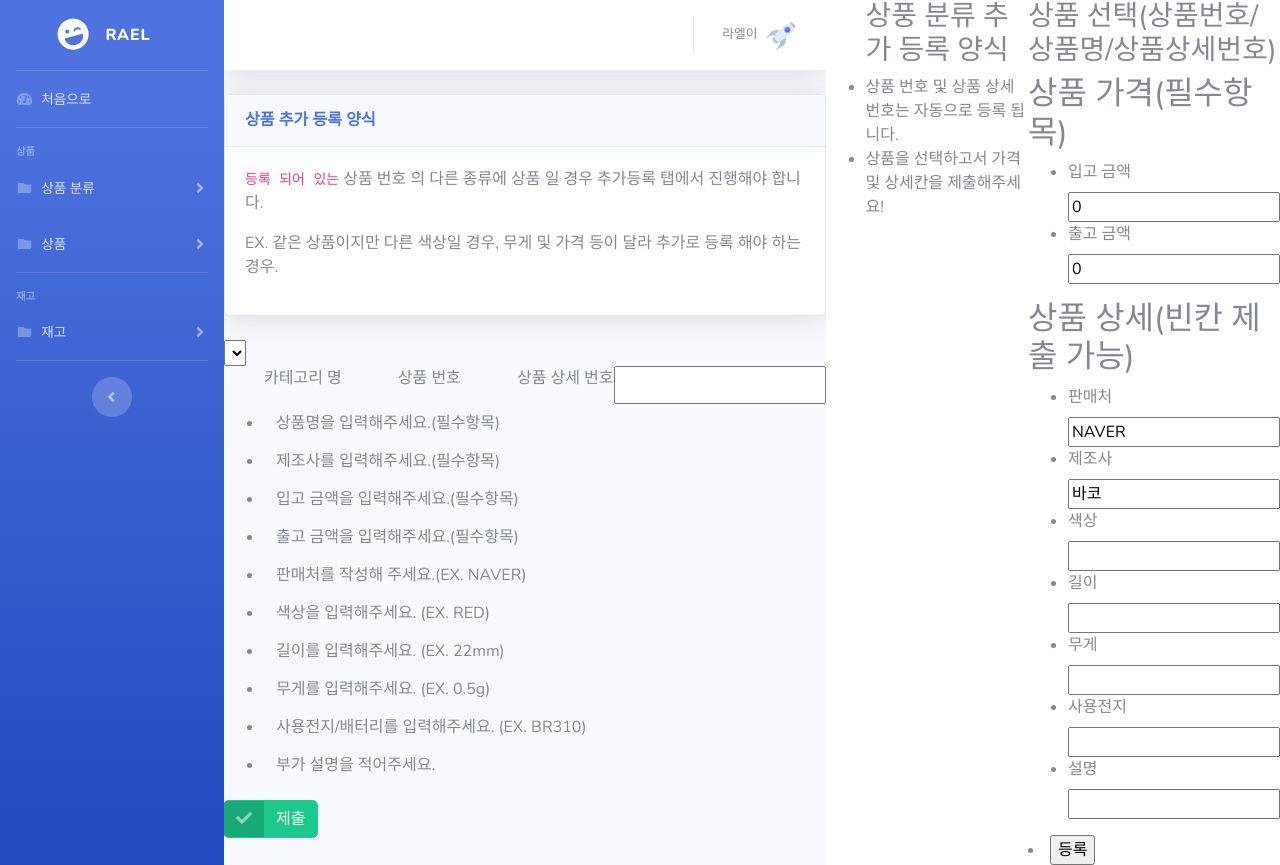
Repository: sww232/springRaelProject
Page: http://localhost/rael/WEB-INF/views/product/product_insert_detail.jsp
These files come from the project's save history. The page is drawn as it stood at one moment and after the next save; the edit follows.
The browser window is 1280 px wide. The pictures show the whole page.
The page is served by Tomcat 9. Nobody is signed in. The template is opened directly, without the code that normally fills it, so the values that code supplies are empty.

Above is the page before, as saved 2022-10-06 23:14:27.

After the next save:
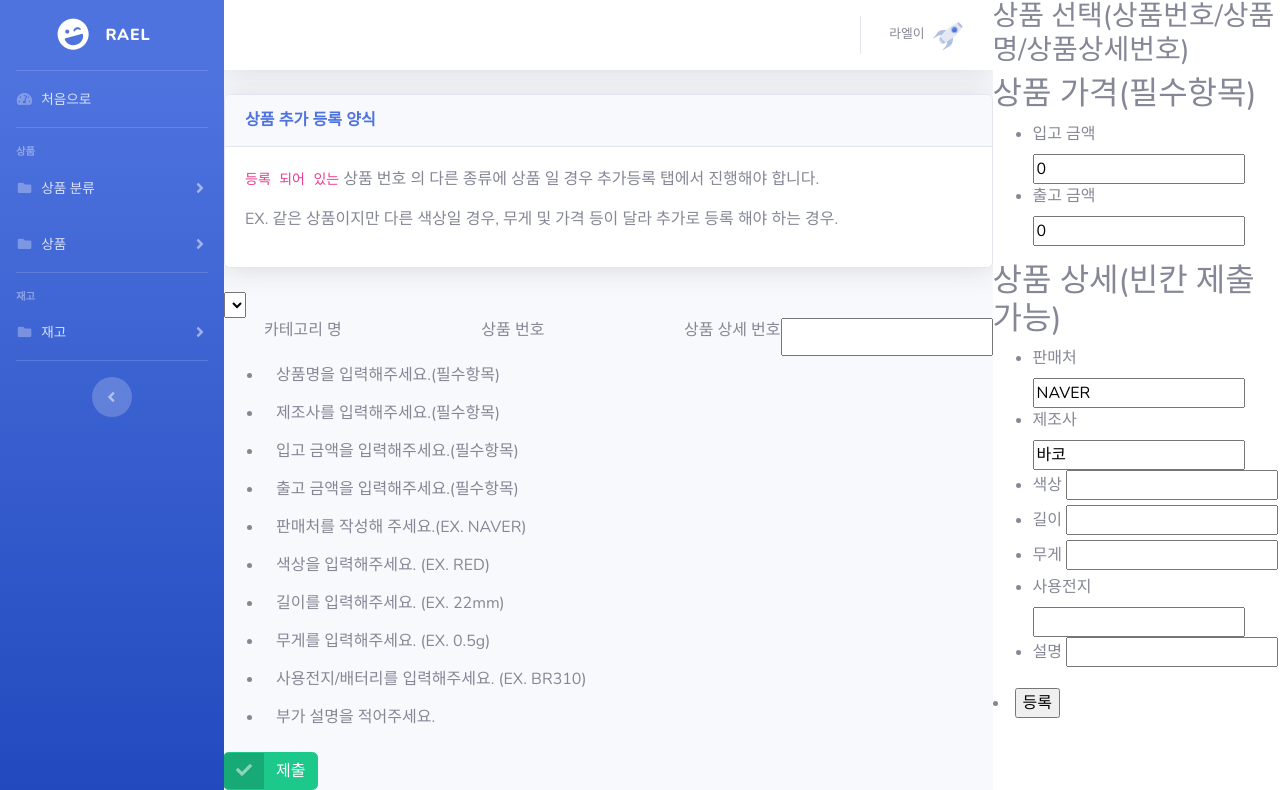
Saved 27 s later.
--- a/raelproject3/rael/src/main/webapp/WEB-INF/views/product/product_insert_detail.jsp
+++ b/raelproject3/rael/src/main/webapp/WEB-INF/views/product/product_insert_detail.jsp
@@ -408,12 +408,6 @@
     	</div>
 	</div>
 
-	<ul>
-		<h3>상풍 분류 추가 등록 양식</h3>
-			<li> 상품 번호 및 상품 상세 번호는 자동으로 등록 됩니다.
-			<li> 상품을 선택하고서 가격 및 상세칸을 제출해주세요!
-	</ul>
-
 	<form method="POST" action="/product/product_insert_detail/INSERT">
 		<h3>상품 선택(상품번호/상품명/상품상세번호)</h3>
 
